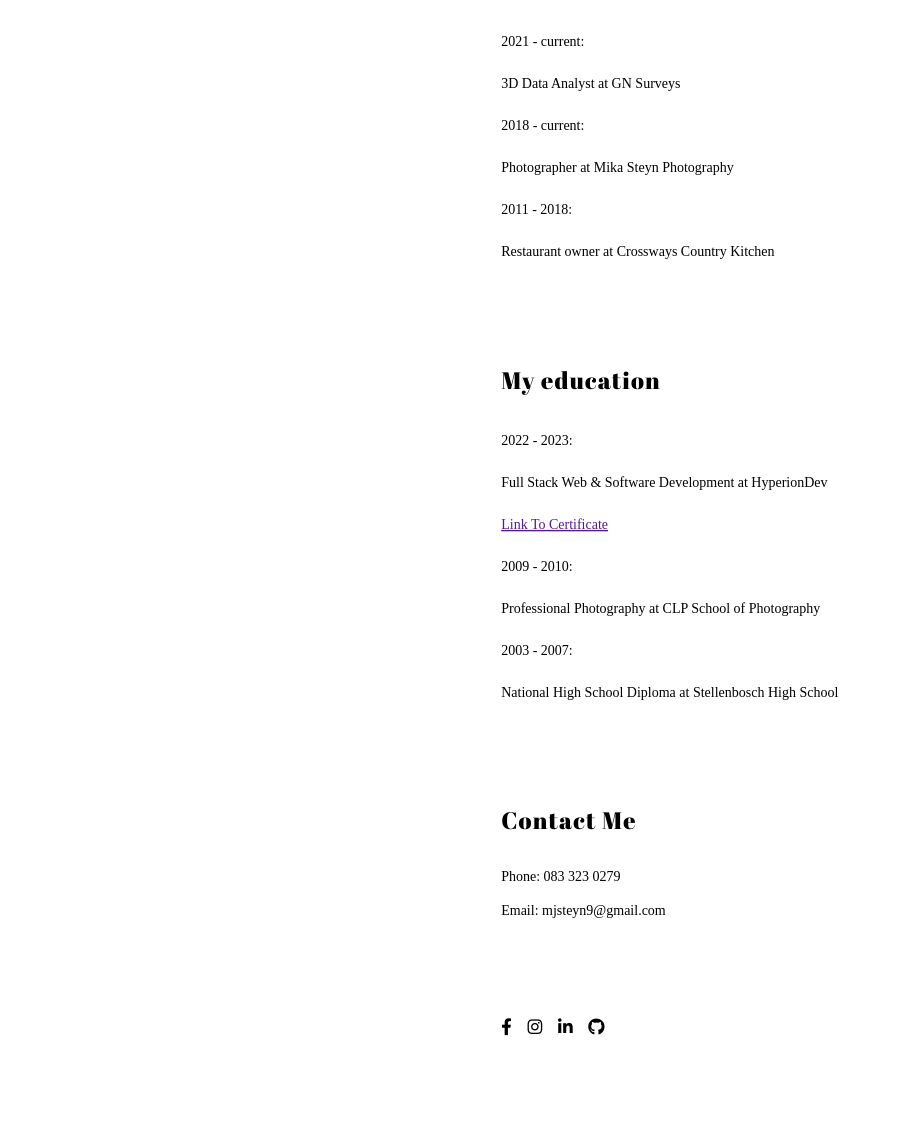
Repository: mikasteyn999/My-CV-Website
Page: index.html
These files come from the project's save history. The page is drawn as it stood at one moment and after the next save; the edit follows.
The browser window is 1280 px wide. The page is 1312 px wide, so the pictures cover 1312 px, including what lies to the right of the window. The pictures show the part of the page from y = 2020 to 3900 px (the page is 3636 px tall before and 3900 px after), at 70% of full size.
Some web fonts or font styles are not loaded; a fallback is used.

Above is the page before, as saved 2023-06-03 19:50:51.

After the next save:
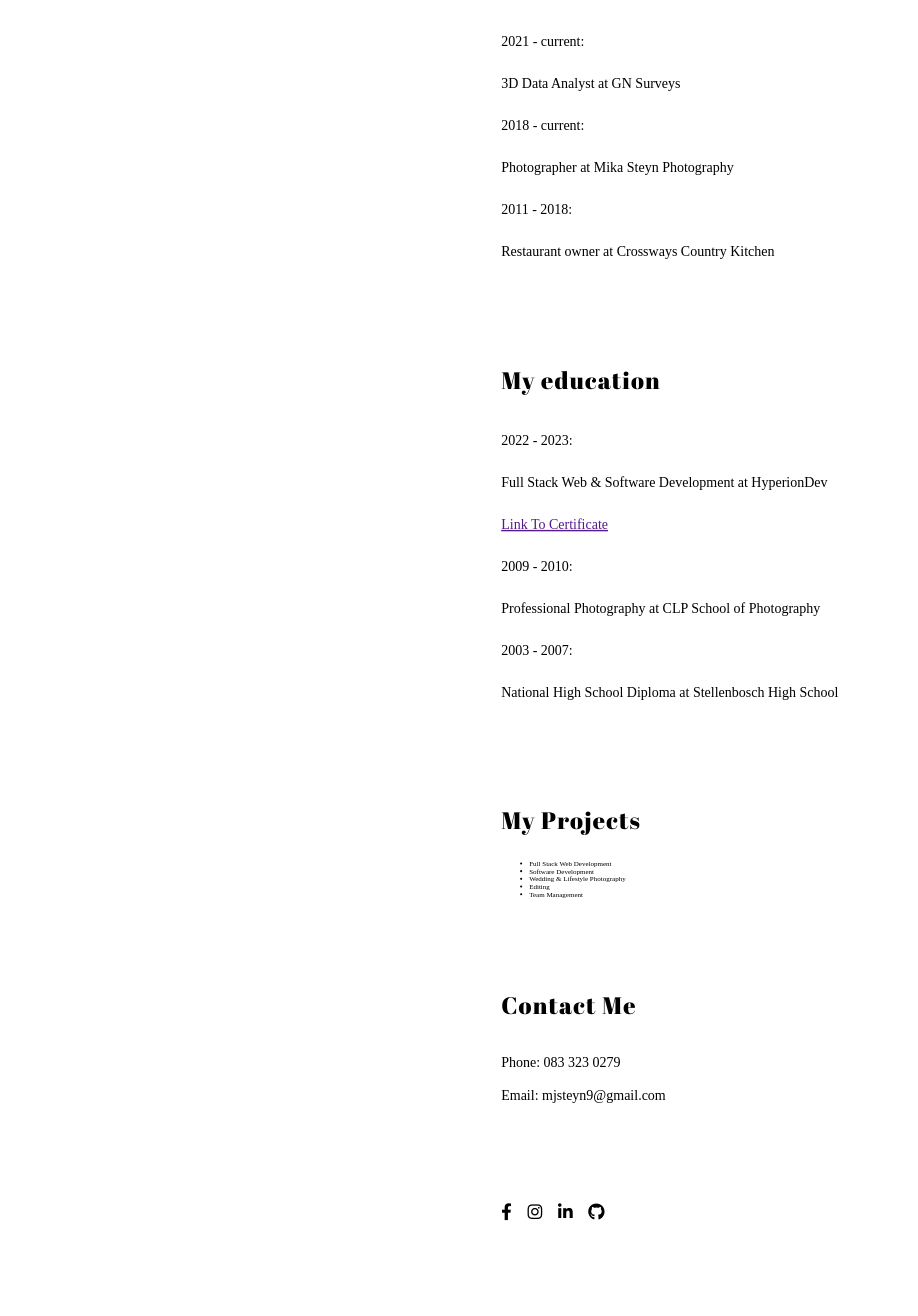
Saved 2 min 58 s later.
--- a/index.html
+++ b/index.html
@@ -88,6 +88,18 @@
                             National High School Diploma at Stellenbosch High School</li>
                     </ul>
                 </section>
+                <!-- PROJECTS -->
+                <section id="projects">
+                    <h3>My Projects</h3>
+                    <!-- SKILLS LIST -->
+                    <ul class="projects-list">
+                        <li>Full Stack Web Development</li>
+                        <li>Software Development</li>
+                        <li>Wedding & Lifestyle Photography</li>
+                        <li>Editing</li>
+                        <li>Team Management</li>
+                    </ul>
+                </section>
                 <!-- CONTACT -->
                 <section id="contact">
                     <h3>Contact Me</h3>
